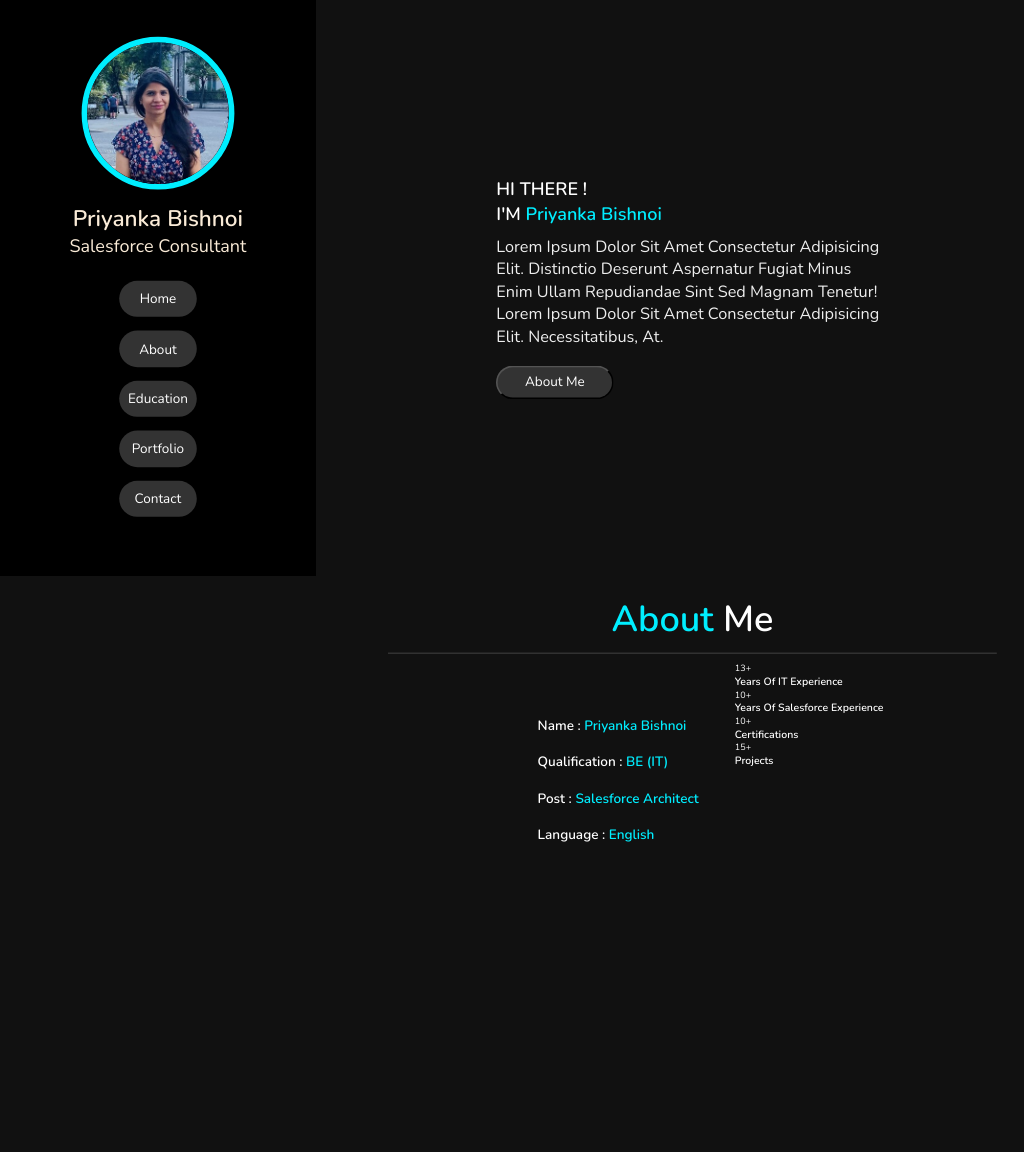
Repository: priyanka-bishnoi/PortfolioPage
Page: MyPage.html
These files come from the project's save history. The page is drawn as it stood at one moment and after the next save; the edit follows.
The browser window is 1280 px wide. The pictures show the whole page, at 80% of full size.

Above is the page before, as saved 2022-10-08 17:44:38.

After the next save:
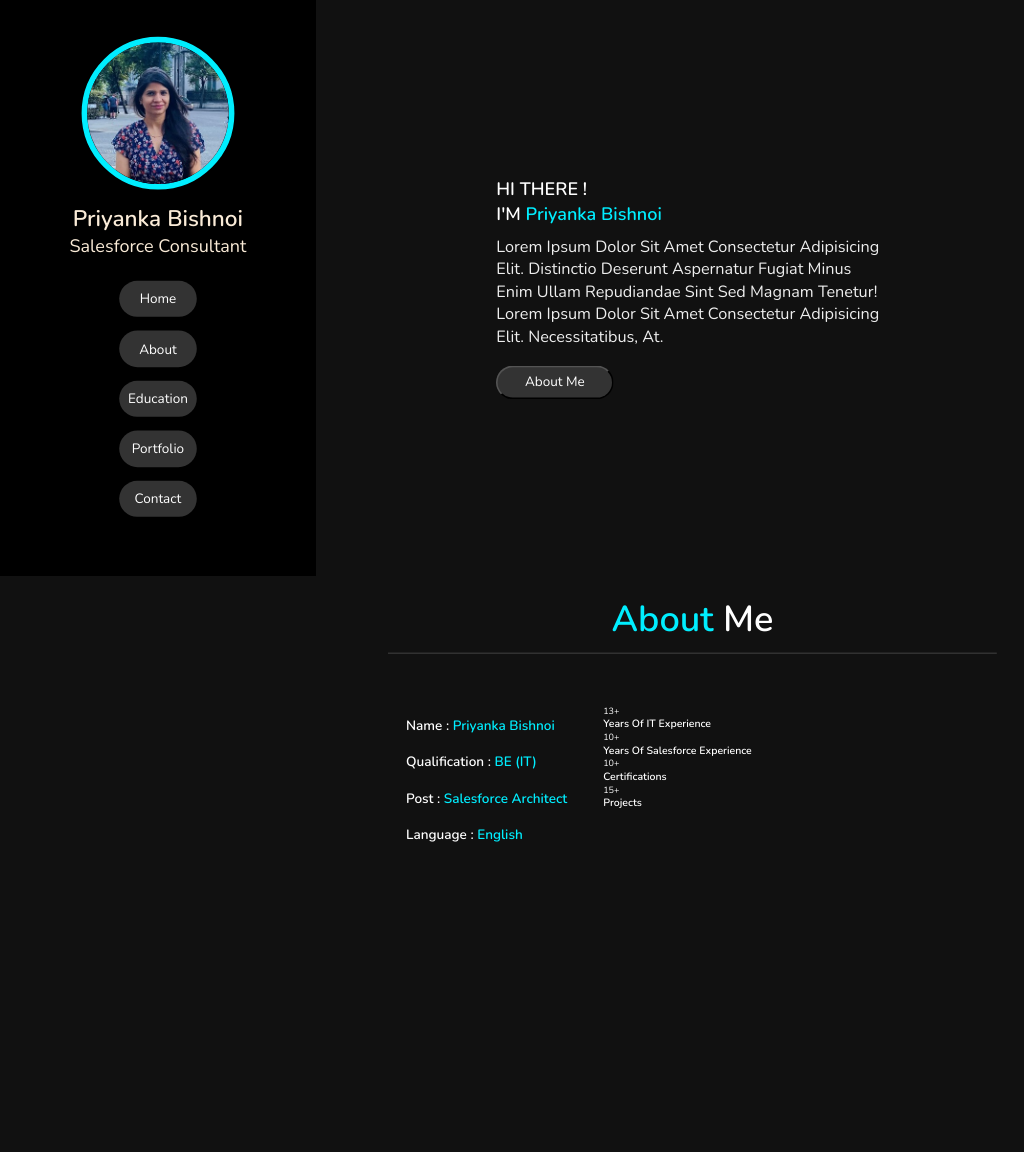
Saved 5 h 18 min later.
--- a/css/style.css
+++ b/css/style.css
@@ -136,12 +136,14 @@ header .navBar ul li a:hover{
 .about {
  color:white;
 }
-.about .row{
+.about .row {
     display: flex;
-    align-content: center;
-    justify-content: center;
-    flex-wrap: wrap;
+    justify-content: flex-start;
+    flex-wrap: nowrap;
     padding: 1rem 0;
+    flex-direction: row;
+    align-content: space-around;
+    align-items: center;
 }
 .about .row .info {
 
